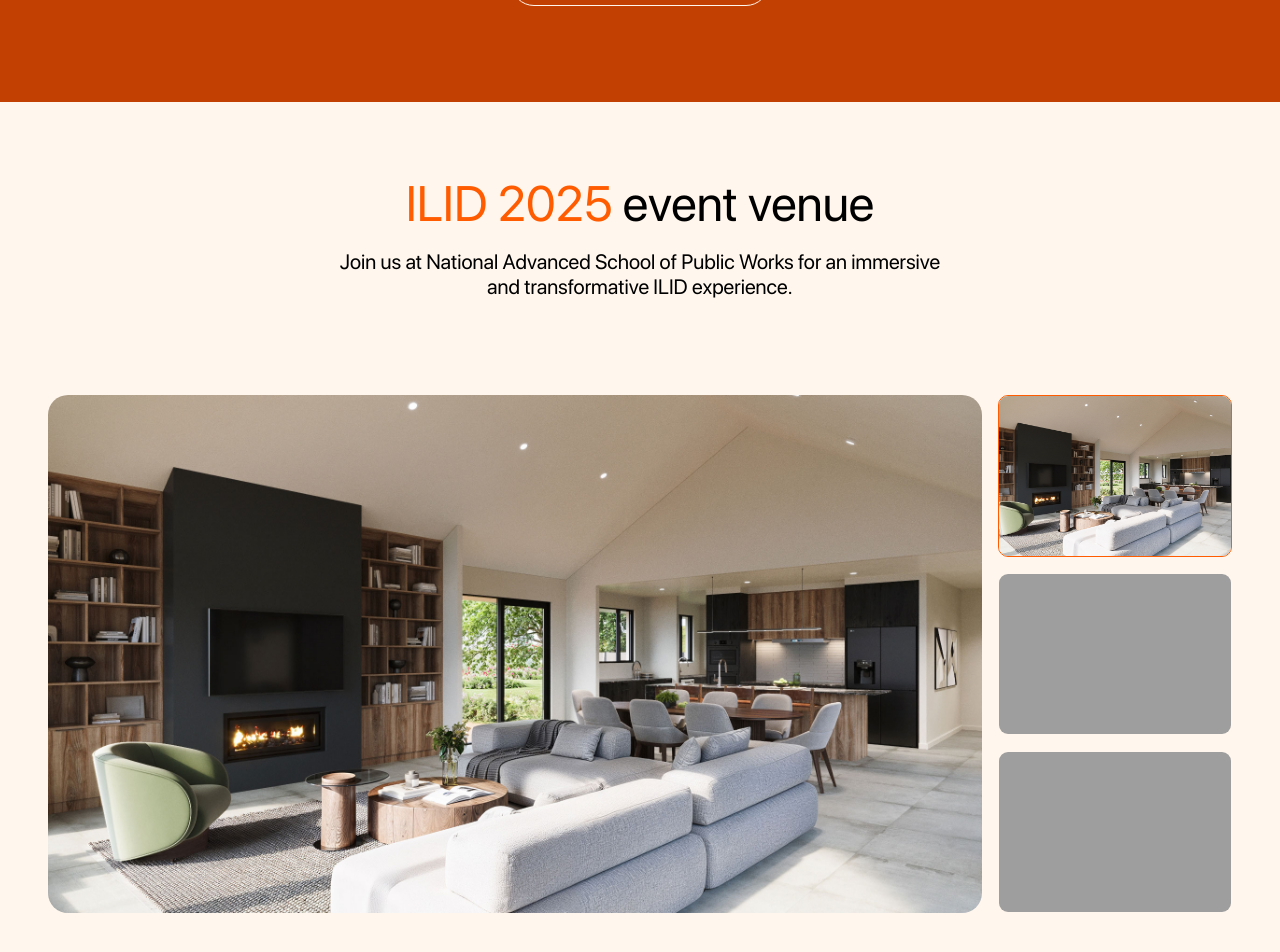
Repository: ilidevent/ilidwebsite
Page: /
The author's editor kept a copy of each file at every save. The page is drawn from the files as they stood at one save, then again after the next save.
The browser window is 1280 px wide. The pictures show the part of the page from y = 4053 to 5005 px (the page is 5209 px tall).
Pictures or frames that could not be fetched are drawn as grey boxes. The project was rebuilt for these pictures with package versions that can differ from the ones it lists, and the page was loaded fresh each time. The framework's server and built-in components were replaced by stand-ins that run in the browser. Also part of the build but not shown: next.config.ts.

Above is the page before, as saved 2025-03-13 21:17:12.

### app/layout.tsx
import type { Metadata } from "next";
import localFont from "next/font/local";
import { Navbar } from "@/components";
import "../styles/globals.scss";

const regular = localFont({
  src: "./fonts/SF-Pro-Display-Regular.ttf",
  variable: "--regular-font"
})

const medium = localFont({
  src: "./fonts/SF-Pro-Display-Medium.ttf",
  variable: "--medium-font"
})

const semibold = localFont({
  src: "./fonts/SF-Pro-Display-Semibold.ttf",
  variable: "--semibold-font"
})

const heavy = localFont({
  src: "./fonts/SF-Pro-Display-Heavy.ttf",
  variable: "--heavy-font"
})

const script = localFont({
  src: "./fonts/VT323-Regular.ttf",
  variable: "--script-font"
})

export const metadata: Metadata = {
  title: "Innovation Lab for Infrastructure Development",
  description: "Generated by create next app",
};

export default function RootLayout({
  children,
}: Readonly<{
  children: React.ReactNode;
}>) {
  return (
    <html lang="en">
      <body className={`${regular.variable} ${medium.variable} ${semibold.variable} ${heavy.variable} ${script.variable}`}>
        <Navbar/>
        {children}
      </body>
    </html>
  );
}

### app/page.tsx
import React from 'react'
import { HomePageWrapper } from '@/components'

const HomePage = () => {
  return (
    <div className='main'>
      <HomePageWrapper/>
    </div>
  )
}

export default HomePage

### components/index.ts
import Navbar from "./Navigation/Navbar";
import HomePageWrapper from "./HomePage/HomePageWrapper";

export {
  Navbar,
  HomePageWrapper
}

### components/Navigation/Navbar.tsx
import React from 'react'
import Image from 'next/image'
import Link from 'next/link'
import LOGO from "../../public/svg/whitelogo.svg"
import Button from '../ReUsables/Button'
import styles from "../../styles/Navigation/navbar.module.scss"

const Navbar = () => {
  const navLinks = [
    {
      name: "Attend",
      link: "/attend"
    },
    {
      name: "Speakers",
      link: "/speakers"
    },
    {
      name: "About",
      link: "/about"
    },
    {
      name: "Agenda",
      link: "/agenda"
    }
  ]

  const buttonOne = {
    name: "Pitch your idea",
    link: "/pitch-contest",
  }

  const buttonTwo = {
    name: "Partner with us",
    link: "/partners",
  }

  return (
    <>
      <header className={styles.nav__header}>
        <div className={`container ${styles.nav__container}`}>
          <div className={styles.nav__logo}>
            <Image fill quality={100} alt='ILID Logo' src={LOGO}/>
          </div>
          <nav className={styles.nav__center}>
            {
              navLinks.map((data, i) => (
                <Link key={i} href={data.link}>{data.name}</Link>
              ))
            }
          </nav>
          <nav className={styles.nav__right}>
            <Button fill={false} buttonInfo={buttonOne}/>
            <Button fill buttonInfo={buttonTwo}/>
          </nav>
        </div>
      </header>
    </>
  )
}

export default Navbar

### components/ReUsables/Button.tsx
import React from "react";
import Link from "next/link";
import styles from "../../styles/ReUsables/button.module.scss";

interface ButtonInfo {
  name: string;
  link: string;
}

const Button = ({
  buttonInfo,
  fill,
}: {
  buttonInfo: ButtonInfo;
  fill: boolean;
}) => {
  return (
    <>
      {fill ? (
        <Link className={styles.button__background} href={buttonInfo.link}>
          {buttonInfo.name}
        </Link>
      ) : (
        <Link className={styles.button__stroke} href={buttonInfo.link}>
          {buttonInfo.name}
        </Link>
      )}
    </>
  );
};

export default Button;

### styles/Navigation/navbar.module.scss
.nav__header {
  width: 100%;
  height: auto;
  padding: 1rem 0;
  position: fixed;
  top: 0;
  left: 0;
  z-index: 100;
}

.nav__container {
  position: relative;
  display: flex;
  justify-content: space-between;
  align-items: center;
}

.nav__logo {
  width: 270px;
  aspect-ratio: 1112.0159/400;
  position: relative;

  img {
    object-fit: cover;
  }
}

.nav__center {
  position: absolute;
  top: 50%;
  left: 50%;
  transform: translate(-50%, -50%);
  display: flex;
  gap: 1.5rem;

  a {
    color: var(--body-color);
    opacity: 1;
    transition: opacity 0.5s ease;

    &:hover {
      opacity: 0.5;
    }
  }
}

.nav__right{
  display: flex;
  gap: 1.5rem
}

### components/ReUsables/ReusableSection.tsx
import React from "react";
import HighlightedText from "./HighlighedText";
import Button from "./Button";
import ButtonTwo from "./ButtonTwo";
import styles from "../../styles/ReUsables/reusablesection.module.scss";

interface ReusableSectionProps {
  header: string;
  keywords?: string[];
  text: string;
  textColor: string;
  backgroundColor: string;
  buttonData?: {
    name: string;
    link: string;
  };
  children: React.ReactNode;
}

const ReusableSection = ({
  header,
  keywords,
  text,
  textColor,
  backgroundColor,
  buttonData,
  children,
}: ReusableSectionProps) => {
  return (
    <section
      className={`section ${styles.rs__section}`}
      style={{ backgroundColor: backgroundColor }}
    >
      <div className={`container ${styles.rs__container}`}>
        <div className={styles.rs__wrapper}>
          <div className={styles.rscontent__header}>
            <HighlightedText
              text={header}
              keywords={keywords}
              color={textColor}
            />
            <p style={{ color: textColor }} className={styles.p__tag}>{text}</p>
          </div>
          <div className={styles.rsmain__content}>{children}</div>
          {buttonData && backgroundColor === "#C24002" ? (
            <Button fill={false} buttonInfo={buttonData} />
          ) : (
            <ButtonTwo buttonInfo={buttonData} />
          )}
        </div>
      </div>
    </section>
  );
};

export default ReusableSection;

### components/ReUsables/PaddingTop.tsx
import React from 'react'
import styles from "../../styles/ReUsables/paddingtop.module.scss"

const PaddingTop = ({backgroundColor} : {backgroundColor: string}) => {
  return (
    <div className={styles.paddingtop} style={{backgroundColor: backgroundColor}}></div>
  )
}

export default PaddingTop

### components/ReUsables/AboutboxWrapper.tsx
import React from "react";
import AboutBox from "./AboutBox";
import { AboutData } from "@/utils";
import styles from "../../styles/ReUsables/aboutboxwrapper.module.scss";

const AboutboxWrapper = () => {
  return (
    <div className={styles.abw__wrapper}>
      {AboutData.map((data, i) => (
        <AboutBox key={i} boxData={data} />
      ))}
    </div>
  );
};

export default AboutboxWrapper;

### components/ReUsables/SpeakerWrapper.tsx
"use client";

import React, { useState } from "react";
import { SpeakerData } from "@/utils";
import SpeakerBox from "./SpeakerBox";
import { AnimatePresence } from "framer-motion";
import styles from "../../styles/ReUsables/aboutboxwrapper.module.scss";

const SpeakerWrapper = () => {
  const [activeButton, setActiveButton] = useState("speaker");

  const sectionData = SpeakerData.filter((item) =>
    item.roles.includes(activeButton)
  );
  return (
    <div className={styles.sb__wrapper}>
      <div className={styles.work__buttons}>
        <div
          className={`${styles.wbuttons} ${
            activeButton === "speaker" ? styles.active__button : ""
          }`}
          onClick={() => setActiveButton("speaker")}
        >
          Speakers
        </div>
        <div
          className={`${styles.wbuttons} ${
            activeButton === "workshop" ? styles.active__button : ""
          }`}
          onClick={() => setActiveButton("workshop")}
        >
          Workshops
        </div>
      </div>
      <div className={styles.sbw__wrapper}>
        <AnimatePresence>
          {sectionData.map((data, i) => (
            <SpeakerBox boxData={data} key={data.id}/>
          ))}
        </AnimatePresence>
      </div>
    </div>
  );
};

export default SpeakerWrapper;

### components/ReUsables/OpportunityWrapper.tsx
import React from 'react'
import OpportunityBox from './OpportunityBox'
import { OpportunityData } from '@/utils'
import styles from "../../styles/ReUsables/aboutboxwrapper.module.scss"

const OpportunityWrapper = () => {
  return (
    <div className={styles.obw__wrapper}>
      {OpportunityData.map((data, i) => (
        <OpportunityBox key={i} boxData={data} />
      ))}
    </div>
  )
}

export default OpportunityWrapper

### styles/ReUsables/button.module.scss
.button__background{
  padding: 0.7rem 1.5rem;
  border-radius: 100px;
  background-color: var(--body-color);
  color: var(--orange);
  border: 1px solid transparent;
  transition: all 0.5s ease;

  &:hover{
    border: 1px solid var(--body-color);
    color: var(--body-color);
    background-color: transparent;
  }
}

.button__stroke{
  padding: 0.7rem 1.5rem;
  border-radius: 100px;
  background-color: transparent;
  color: var(--body-color);
  border: 1px solid var(--body-color);
  transition: all 0.5s ease;

  &:hover{
    border: 1px solid transparent;
    color: var(--orange);
    background-color: var(--body-color);
  }
}

.button__strokeTwo{
  padding: 0.7rem 1.5rem;
  border-radius: 100px;
  background-color: transparent;
  color: var(--orange);
  border: 1px solid var(--orange);
  transition: all 0.5s ease;

  &:hover{
    border: 1px solid transparent;
    color: var(--body-color);
    background-color: var(--orange);
  }
}

### styles/ReUsables/venuebanner.module.scss
.vb__section{
  position: relative;
  width: 100%;
  height: auto;
  padding: 0rem 0 3rem;
}

.vbslider__container{
  width: 100%;
  padding: 2rem 0;
  border-bottom: 1px solid var(--orange);
}

.vb__slider{
  width: max-content;
  position: relative;
  display: flex;
}

.slider__main{
  display: flex;

  .slider__space{
    width: 1rem;
    height: 1rem;
    display: block;
  }
}

.slider__content{
  display: flex;
  gap: 1.5rem;
  align-items: center;
  font-family: var(--script-font);
  font-size: calc(var(--h2-font-size) - 0.3rem);
  color: var(--orange);
}

.first__slide{
  display: flex;
  align-items: center;
  gap: 1.5rem;

  p{
    word-wrap: none;
  }

  .span__button{
    display: block;
    width: 1rem;
    height: 1rem;
    border-radius: 50%;
    background-color: var(--orange);
  }
}

### components/ReUsables/HighlighedText.tsx
import React from 'react'
import styles from "../../styles/ReUsables/highlightedtext.module.scss";

interface HighlightedTextProps {
  text: string;
  // List of words you want to highlight (in lowercase)
  keywords?: string[];
  color: string;
}

const HighlightedText = ({
  text,
  keywords,
  color
}: HighlightedTextProps) => {
  // Split the text into words
  const words = text.split(" ");

  return (
    <p className={styles.large__text}>
      {words.map((word, index) => {
        // Remove punctuation for matching and convert to lowercase.
        const cleanedWord = word.replace(/[.,!?;:()]/g, "");

        if (keywords?.includes(cleanedWord)) {
          return (
            <span key={index} style={{color: "var(--orange)"}}>
              {word}{" "}
            </span>
          );
        } else {
          return (
            <span key={index} style={{color: color}}>
              {word}{" "}
            </span>
          );
        }
      })}
    </p>
  );
};

export default HighlightedText;

### components/ReUsables/ButtonTwo.tsx
import React from "react";
import Link from "next/link";
import styles from "../../styles/ReUsables/button.module.scss";

interface ButtonInfo {
  name: string;
  link: string;
}

const ButtonTwo = ({ buttonInfo }: { buttonInfo?: ButtonInfo }) => {
  if (!buttonInfo) return null; // or handle the undefined case as needed

  return (
    <>
      {buttonInfo && (
        <Link className={styles.button__strokeTwo} href={buttonInfo.link}>
          {buttonInfo.name}
        </Link>
      )}
    </>
  );
};

export default ButtonTwo;

### styles/ReUsables/reusablesection.module.scss
.rs__content{
  width: 100%;
  height: auto;
  position: relative;
}

.rs__container{
  height: max-content;
}

.rs__wrapper{
  width: 100%;
  height: auto;
  display: flex;
  flex-direction: column;
  justify-content: flex-start;
  gap: 6rem;
  align-items: center;
}

.rscontent__header{
  width: 60%;
  display: flex;
  flex-direction: column;
  align-items: center;
  justify-content: flex-start;
  gap: 1rem;

  .p__tag{
    text-align: center;
    width: 85%;
    font-size: calc(var(--normal-font-size) + 0.2rem);
  }
}

.rsmain__content{
  width: 100%;
  height: auto;
}

### styles/ReUsables/sloganbanner.module.scss
.sl__section{
  position: relative;
  width: 100%;
  height: auto;
  padding: 0rem 0 3rem;
}

.slslider__container{
  width: 100%;
  padding: 2rem 0;
  background-color: var(--orange);
}

.sl__slider{
  width: max-content;
  position: relative;
  display: flex;
}

.slider__main{
  display: flex;

  .slider__space{
    width: 1rem;
    height: 1rem;
    display: block;
  }
}

.slider__content{
  display: flex;
  gap: 1.5rem;
  align-items: center;
  font-family: var(--script-font);
  font-size: calc(var(--h2-font-size) - 0.3rem);
  color: var(--body-color);
}

.first__slide{
  display: flex;
  align-items: center;
  gap: 1.5rem;

  p{
    word-wrap: none;
  }

  .span__button{
    display: block;
    width: 1rem;
    height: 1rem;
    border-radius: 50%;
    background-color: var(--body-color);
  }
}

### styles/ReUsables/paddingtop.module.scss
.paddingtop{
  padding-top: 1.5rem;
}

### components/ReUsables/AboutBox.tsx
import React from "react";
import { StaticImageData } from "next/image";
import Image from "next/image";
import styles from "../../styles/ReUsables/aboutbox.module.scss";

interface BoxProps {
  image: StaticImageData;
  aspectRatio: string;
  name: string;
  text: string;
}

const AboutBox = ({ boxData }: { boxData: BoxProps }) => {
  return (
    <div className={styles.abox__wrapper}>
      <div className={styles.aboutbox}>
        <div className={styles.aboutboxer}>
          <div
            className={styles.aboutb__image}
            style={{ aspectRatio: boxData.aspectRatio }}
          >
            <Image fill quality={100} alt={boxData.name} src={boxData.image} />
          </div>
          <div className={styles.about__content}>
            <span>{boxData.name}</span>
            <p>{boxData.text}</p>
          </div>
        </div>
      </div>
      <div className={styles.animation}></div>
      <div className={styles.animationtwo}></div>
    </div>
  );
};

export default AboutBox;

### styles/ReUsables/aboutboxwrapper.module.scss
.abw__wrapper {
  width: 100%;
  height: auto;
  display: grid;
  grid-template-columns: repeat(3, 1fr);
  column-gap: 20px;
}

.obw__wrapper {
  width: 100%;
  height: auto;
  display: grid;
  grid-template-columns: repeat(3, 1fr);
}

.sb__wrapper {
  width: 100%;
  height: auto;
  display: flex;
  flex-direction: column;
  align-items: center;
  justify-content: flex-start;
  gap: 2rem;

  .sbw__wrapper {
    width: 100%;
    height: auto;
    display: grid;
    grid-template-columns: repeat(4, 1fr);
  }

  .work__buttons {
    width: max-content;
    padding: 0.4rem;
    border: 1px solid var(--body-color);
    display: flex;
    gap: 0.4rem;
    border-radius: 70px;

    .wbuttons {
      padding: 0.7rem 1.5rem;
      border: 1px solid transparent;
      border-radius: 70px;
      color: rgb(255, 246, 237, 0.5);
      cursor: pointer;
      transition: all 0.7s ease;

      &.active__button{
        border: 1px solid var(--body-color);
        color: var(--body-color);
      }
    }
  }
}

### components/ReUsables/SpeakerBox.tsx
import React from "react";
import Image from "next/image";
import { motion } from "framer-motion";
import { speakerAnimation } from "@/animations";
import { StaticImageData } from "next/image";
import styles from "../../styles/ReUsables/speaker.module.scss";

interface SpeakerProps{
  id: number;
  image: StaticImageData;
  name: string;
  position: string;
  roles: string[];
}


const SpeakerBox = ({boxData}: {boxData: SpeakerProps}) => {
  return (
    <motion.div variants={speakerAnimation} initial="initial" animate="enter" exit="closed" className={styles.speaker__box}>
      <div className={styles.speaker__image}>
        <Image fill quality={100} alt={boxData.name} src={boxData.image} />
      </div>
      <div className={styles.sbackground}>
        <div className={styles.sback__content}>
          <p>{boxData.name}</p>
          <span>{boxData.position}</span>
        </div>
      </div>
    </motion.div>
  );
};

export default SpeakerBox;

### components/ReUsables/OpportunityBox.tsx
import React from "react";
import Image from "next/image";
import { StaticImageData } from "next/image";
import Link from "next/link";
import styles from "../../styles/ReUsables/opportunitybox.module.scss";

interface BoxContentProps{
  heading: string;
  text: string;
  image: StaticImageData;
  linkData?: {
    name: string;
    link: string;
  }
}


const OpportunityBox = ({boxData}: {boxData: BoxContentProps}) => {
  return (
    <div className={styles.obox__wrapper}>
      <div className={styles.ob__content}>
        <span>{boxData.heading}</span>
        <p>
          {boxData.text}
        </p>
      </div>
      <div className={styles.obimage__wrapper}>
        <div className={styles.ob__image}>
          <Image fill quality={100} alt={boxData.heading} src={boxData.image} />
        </div>
        <div className={styles.overlay}></div>
        {boxData.linkData && <Link href="/speakers" className={styles.button__fill}>Become a speaker</Link>}
      </div>
    </div>
  );
};

export default OpportunityBox;

### styles/ReUsables/venuewrapper.module.scss
.venue__wrapper{
  width: 100%;
  aspect-ratio: 16/7;
  position: relative;
  display: flex;
  justify-content: space-between;
  align-items: flex-start;
  gap: 16px;
}

.venue__main{
  width: 80%;
  height: 100%;
  position: relative;
  overflow: hidden;
  border-radius: 20px;
}

.venueimage{
  width: 100%;
  height: 100%;
  position: absolute;
  top: 0;
  left: 0;
  opacity: 0;
  transition: opacity 0.7s ease;

  &.active__image{
    opacity: 1;
  }

  img{
    object-fit: cover;
  }
}

.venue__right{
  width: 20%;
  height: 100%;
  display: grid;
  grid-template-rows: repeat(3, 1fr);
  gap: 16px;
  position: relative;
}

.venueimagetwo{
  width: 100%;
  height: 100%;
  border-radius: 10px;
  position: relative;
  overflow: hidden;
  cursor: pointer;
  border: 1px solid transparent;
  transition: border 0.7s ease;

  &.active__image{
    border: 1px solid var(--orange);
  }

  img{
    object-fit: cover;
  }
}

### styles/ReUsables/highlightedtext.module.scss
.large__text{
  font-size: calc(var(--h2-font-size) + 0.6rem);
}

### animations/index.ts
export const speakerAnimation = {
  initial: { opacity: 0 },

  enter: {
    opacity: 1,
    transition: { duration: 0.7, ease: [0.7, 0, 0.3, 1] },
  },

  closed: {
    opacity: 0,
    transition: { duration: 0.7, ease: [0.3, 0, 0.7, 0] },
  },
};

### styles/ReUsables/speaker.module.scss
.speaker__box{
  width: 100%;
  border: 1px solid var(--body-color);
  aspect-ratio: 413/510;
  position: relative;
  opacity: 0;
}

.speaker__image{
  width: 100%;
  height: 100%;
  position: relative;

  img{
    object-fit: cover;
  }
}

.sbackground{
  width: 100%;
  height: 100%;
  position: absolute;
  top: 0;
  left: 0;
  z-index: 1;
  padding: 1.2rem;
  background: linear-gradient(180deg, rgba(255, 255, 255, 0.00) 45%, rgba(255, 91, 0, 0.80) 100%);
  display: flex;
  flex-direction: column;
  opacity: 0;
  transition: opacity 0.7s ease;

  &:hover{
    opacity: 1;
  }
}

.sback__content{
  margin-top: auto;
  display: flex;
  flex-direction: column;
  gap: 0.05rem;
  color: var(--body-color);

  p{
    font-size: calc(var(--normal-font-size) + 0.5rem);
  }

  span{
    font-size: var(--small-font-size);
  }
}

### styles/ReUsables/opportunitybox.module.scss
.obox__wrapper{
  width: 100%;
  aspect-ratio: 550/700;
  position: relative;
  padding: 2.5rem 1.5rem 0rem;
  display: flex;
  flex-direction: column;
  justify-content: flex-start;
  align-items: flex-start;
  border: 1px solid var(--orange);
}

.ob__content{
  display: flex;
  flex-direction: column;
  width: 80%;
  height: auto;
  gap: 1rem;

  span{
    font-size: var(--h2-font-size);
    line-height: 1.1;
  }

  p{
    color: var(--text-color-light);
    width: 100%;
  }
}

.obimage__wrapper{
  width: 100%;
  height: 60%;
  position: absolute;
  bottom: 0;
  left: 0;
  overflow: hidden;
  border-top-left-radius: 20px;
  border-top-right-radius: 20px;
}

.ob__image{
  position: relative;
  width: 100%;
  height: 100%;

  img{
    object-fit: cover;
  }
}

.overlay{
  width: 100%;
  height: 100%;
  position: absolute;
  top: 0;
  left: 0;
  z-index: 1;
  background-color: rgba(255, 91, 0, 0.15);
}

.button__fill{
  padding: 0.6rem 1.3rem;
  border-radius: 100px;
  background-color: var(--orange);
  color: var(--body-color);
  border: 1px solid transparent;
  transition: all 0.5s ease;
  position: absolute;
  bottom: 1.5rem;
  left: 1.5rem;
  z-index: 2;
  font-size: var(--small-font-size);

  &:hover{
    border: 1px solid var(--body-color);
    background-color: transparent;
  }
}

Loaded but not shown: components/HomePage/HomePageWrapper.tsx (134 lines, source omitted); components/ReUsables/VenueBanner.tsx (90 lines, source omitted); components/ReUsables/SloganBanner.tsx (86 lines, source omitted); utils/index.ts (121 lines, source omitted); styles/globals.scss (167 lines, source omitted); styles/ReUsables/aboutbox.module.scss (113 lines, source omitted); components/ReUsables/HeroSection.tsx (70 lines, source omitted); components/ReUsables/VenueWrapper.tsx (61 lines, source omitted); styles/ReUsables/herosection.module.scss (94 lines, source omitted)

After the next save:
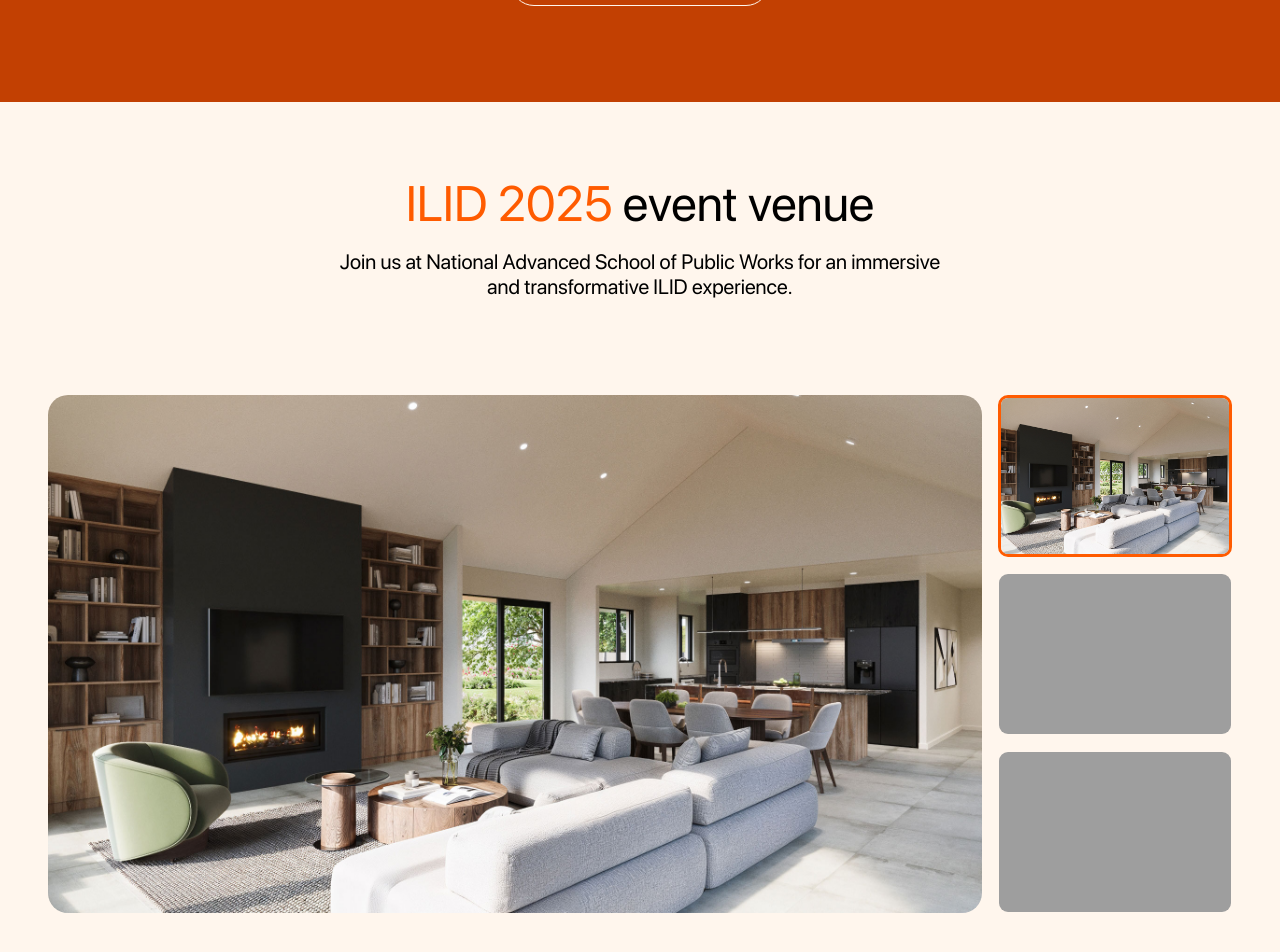
Saved 5 s later.
--- a/styles/ReUsables/venuewrapper.module.scss
+++ b/styles/ReUsables/venuewrapper.module.scss
@@ -54,7 +54,7 @@
   transition: border 0.7s ease;
 
   &.active__image{
-    border: 1px solid var(--orange);
+    border: 3px solid var(--orange);
   }
 
   img{
